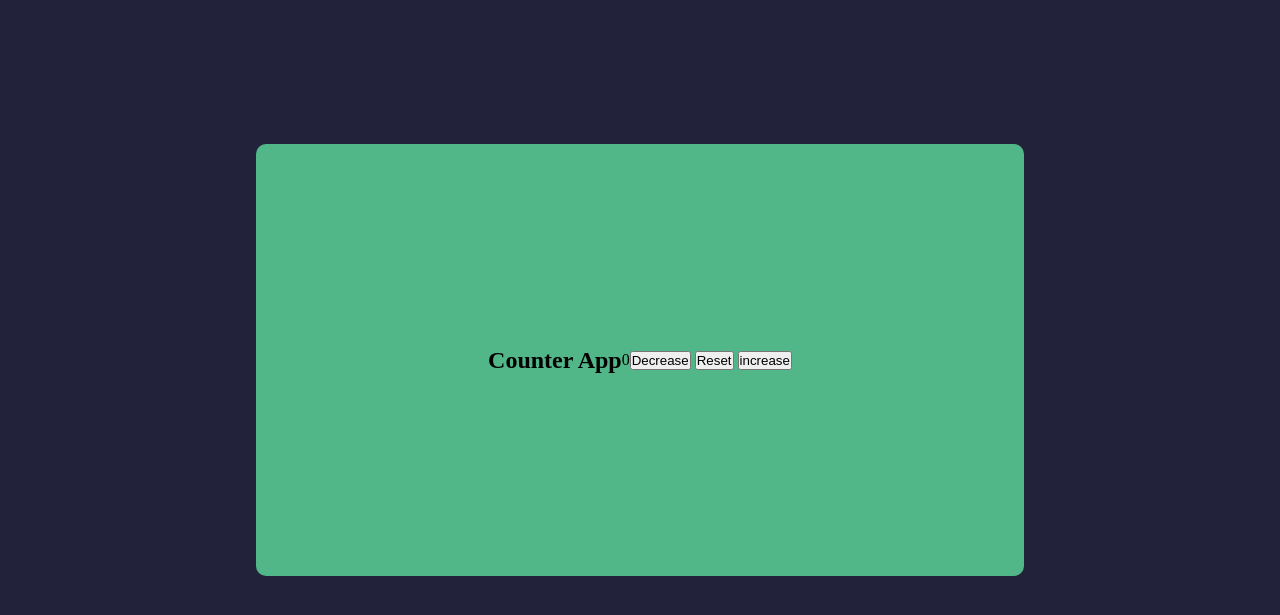
Repository: Yuukicoder/basicProject
Page: project2.html
These files come from the project's save history. The page is drawn as it stood at one moment and after the next save; the edit follows.
The browser window is 1280 px wide. The pictures show the whole page.
Some web fonts or font styles are not loaded; a fallback is used.

Above is the page before, as saved 2023-02-24 21:46:23.

After the next save:
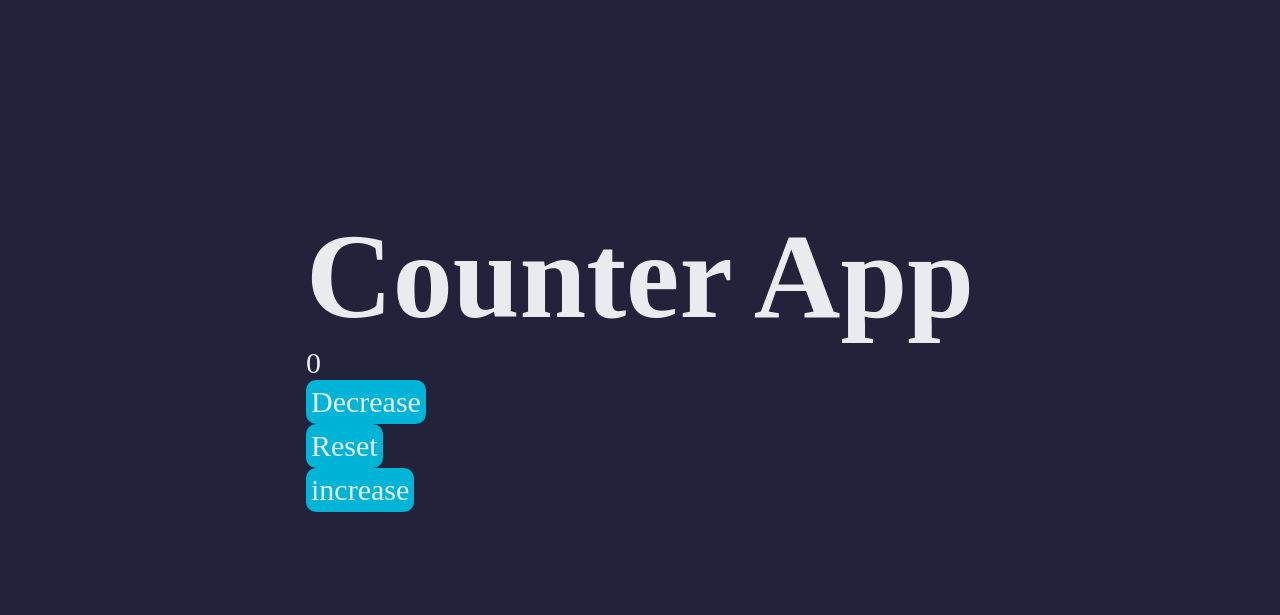
Saved 7 s later.
--- a/assets/css/project2.css
+++ b/assets/css/project2.css
@@ -17,12 +17,29 @@ body {
   align-items: center;
   justify-content: center;
 }
-.box {
-  width: 60%;
-  height: 60%;
-  background-color: #52b788;
-  display: flex;
-  align-items: center;
-  justify-content: center;
+
+h1,
+p {
+  color: var(--text);
+}
+h1 {
+  font-family: Arima;
+  font-size: 120px;
+  /* display: block;
+  margin-right: auto;
+  margin-left: auto; */
+}
+p {
+  display: block;
+  font-size: 30px;
+}
+button {
+  display: block;
+  background-color: var(--button);
+  color: var(--text);
+  font-family: Arima;
+  font-size: 30px;
+  border: none;
   border-radius: 10px;
+  padding: 5px 5px;
 }
